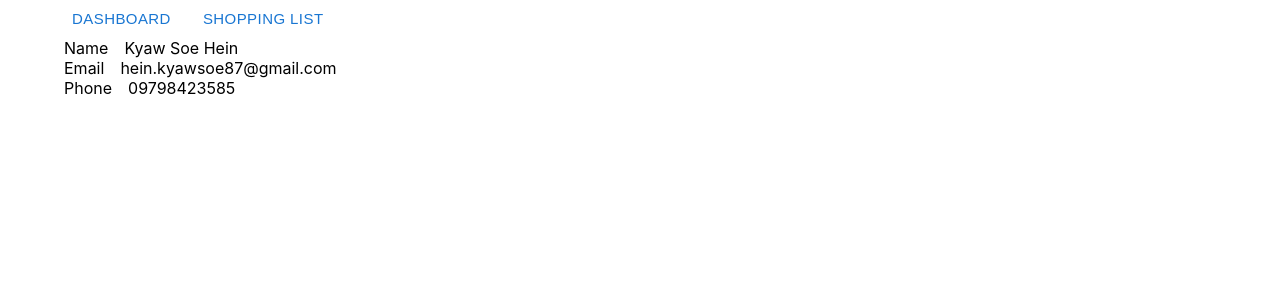
Repository: KyawSoeHein/GoogleAuthReact
Page: /
An editor plug-in stored every save of this project. The page is shown before and after the next save, followed by the edit.
The browser window is 1280 px wide. The pictures show the whole page.
The project was rebuilt for these pictures with package versions that can differ from the ones it lists, and the page was loaded fresh each time. Also part of the build but not shown: src/App.css.

Above is the page before, as saved 2022-02-14 19:13:03.

### src/index.tsx
import React from "react";
import ReactDOM from "react-dom";
import "./index.css";
import App from "./App";
import Dashboard from "./View/Dashboard";
import reportWebVitals from "./reportWebVitals";

ReactDOM.render(
  <React.StrictMode>
    <Dashboard />
  </React.StrictMode>,
  document.getElementById("root")
);

// If you want to start measuring performance in your app, pass a function
// to log results (for example: reportWebVitals(console.log))
// or send to an analytics endpoint. Learn more: https://bit.ly/CRA-vitals
reportWebVitals();

### src/View/Dashboard.tsx
import React from "react";
import { Container, Grid, Stack } from "@mui/material";
import MenuSelection from "../Components/MenuSelection";

const Dashboard = () => {
  return (
    <Grid>
      <Container>
        <MenuSelection />

        <Stack direction={"row"} spacing={2}>
          <div>Name</div>
          <div>Kyaw Soe Hein</div>
        </Stack>

        <Stack direction={"row"} spacing={2}>
          <div>Email</div>
          <div>hein.kyawsoe87@gmail.com</div>
        </Stack>

        <Stack direction={"row"} spacing={2}>
          <div>Phone</div>
          <div>09798423585</div>
        </Stack>
      </Container>
    </Grid>
  );
};

export default Dashboard;

### src/Components/MenuSelection.tsx
import React from "react";
import { Button, Stack } from "@mui/material";
import "../App.css";

const MenuSelection = () => {
  const buttonFontSize = 15;

  return (
    <Stack direction={"row"} spacing={2}>
      <Button sx={{ fontSize: buttonFontSize, fontFamily: "sans-serif" }}>
        Dashboard
      </Button>
      <Button sx={{ fontSize: buttonFontSize, fontFamily: "sans-serif" }}>
        Shopping List
      </Button>
    </Stack>
  );
};

export default MenuSelection;

### src/Components/CoverAndProfilePhoto.tsx
import React from "react";
import { Button, Stack } from "@mui/material";
import "../App.css";

const CoverAndProfilePhoto = () => {
  return <p>Cover And Profile</p>;
};

export default CoverAndProfilePhoto;

Loaded but not shown: public/index.html (common file); src/index.css (common file); src/reportWebVitals.ts (common file)

After the next save:
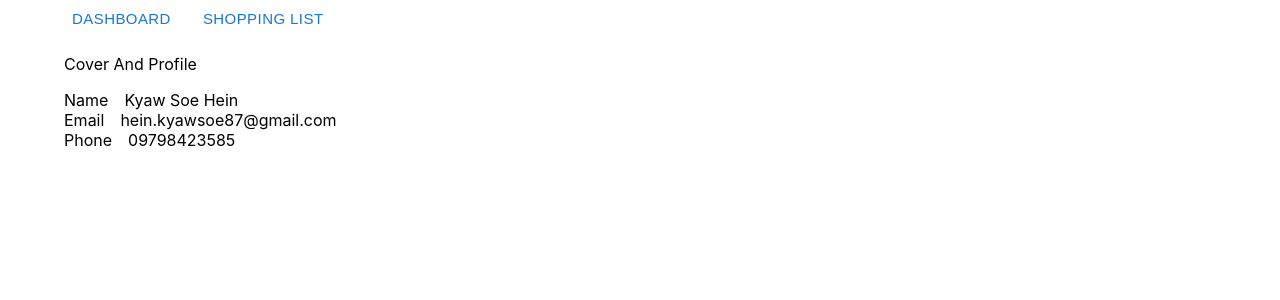
Saved 17 s later.
--- a/src/View/Dashboard.tsx
+++ b/src/View/Dashboard.tsx
@@ -1,12 +1,15 @@
 import React from "react";
 import { Container, Grid, Stack } from "@mui/material";
 import MenuSelection from "../Components/MenuSelection";
+import CoverAndProfilePhoto from "../Components/CoverAndProfilePhoto";
 
 const Dashboard = () => {
   return (
     <Grid>
       <Container>
         <MenuSelection />
+
+        <CoverAndProfilePhoto />
 
         <Stack direction={"row"} spacing={2}>
           <div>Name</div>

After the save that followed:
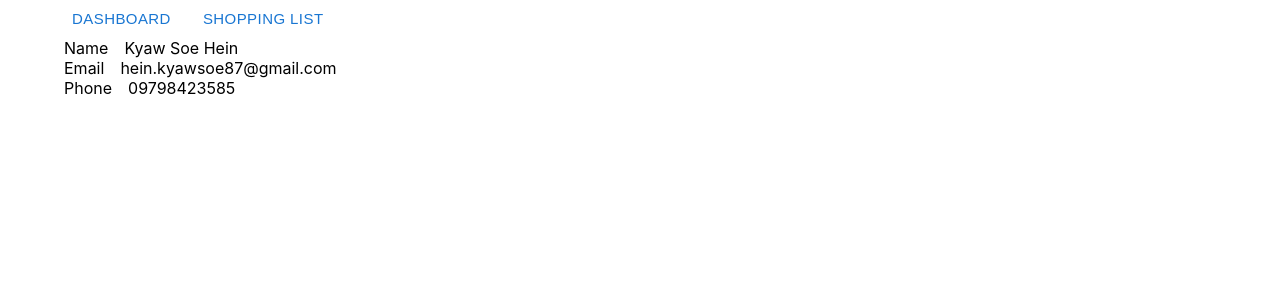
Saved 117 s later.
--- a/src/Components/CoverAndProfilePhoto.tsx
+++ b/src/Components/CoverAndProfilePhoto.tsx
@@ -1,9 +1,9 @@
 import React from "react";
-import { Button, Stack } from "@mui/material";
+import { Button, Paper, Stack } from "@mui/material";
 import "../App.css";
 
 const CoverAndProfilePhoto = () => {
-  return <p>Cover And Profile</p>;
+  return <Paper elevation={2}></Paper>;
 };
 
 export default CoverAndProfilePhoto;
